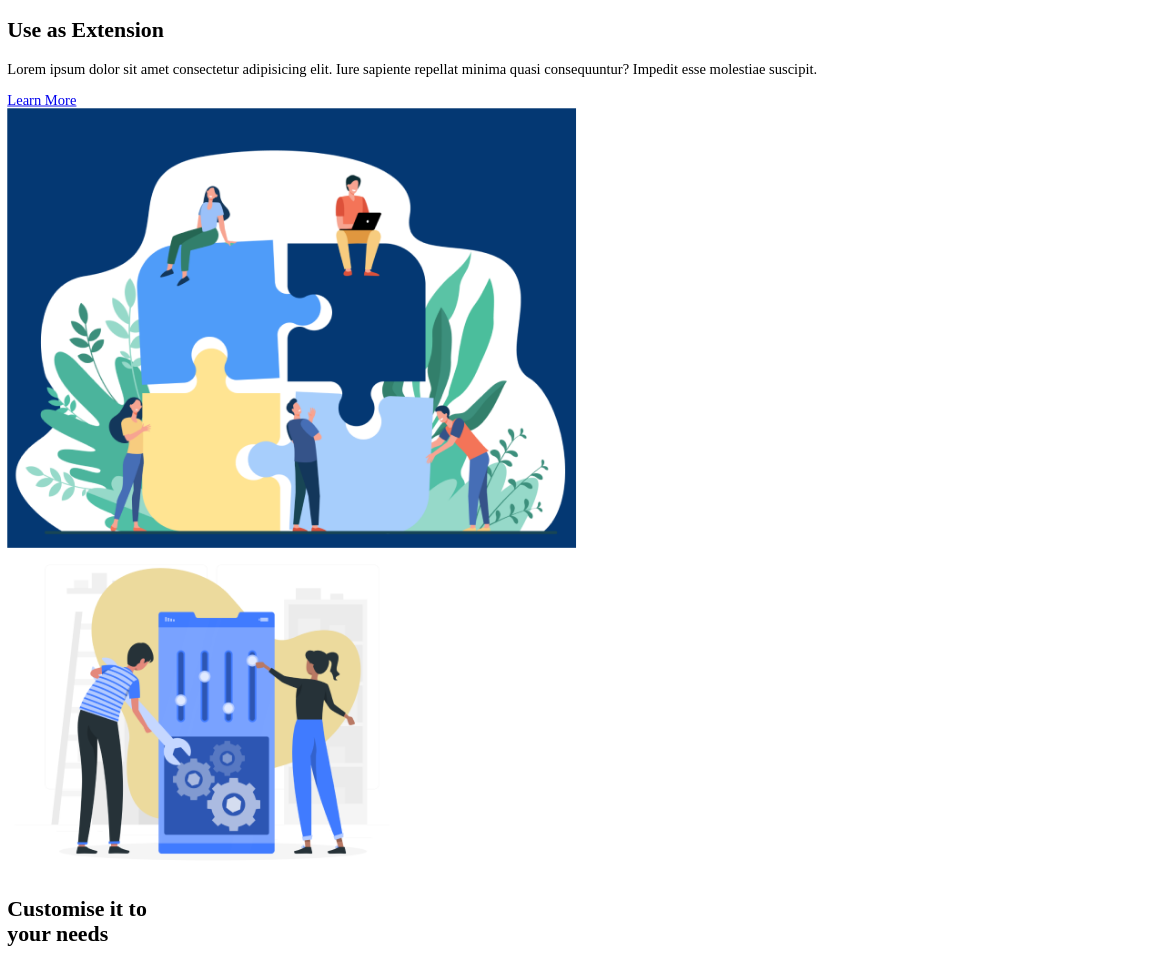
Repository: rinesagajtani0/whitespace_saas
Page: index.html
The author's editor kept a copy of each file at every save. The page is drawn from the files as they stood at one save, then again after the next save.
The browser window is 1280 px wide. The pictures show the whole page, at 91% of full size.

Above is the page before, as saved 2025-11-01 15:51:52.

After the next save:
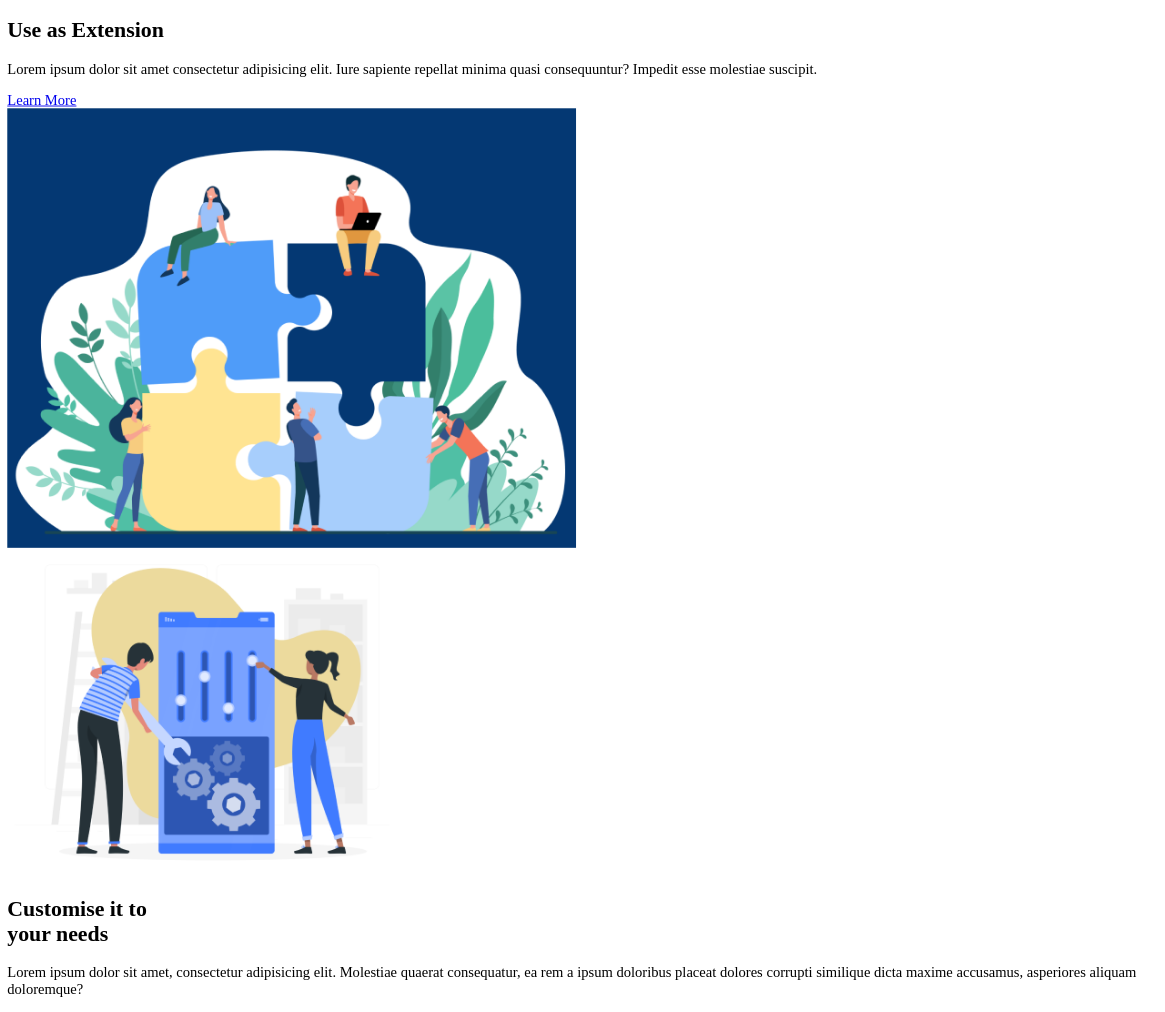
Saved 24 s later.
--- a/index.html
+++ b/index.html
@@ -38,7 +38,9 @@
           your needs
         </h2>
         <p class="customise__text">
-
+          Lorem ipsum dolor sit amet, consectetur adipisicing elit. Molestiae
+          quaerat consequatur, ea rem a ipsum doloribus placeat dolores corrupti
+          similique dicta maxime accusamus, asperiores aliquam doloremque?
         </p>
       </div>
     </section>
